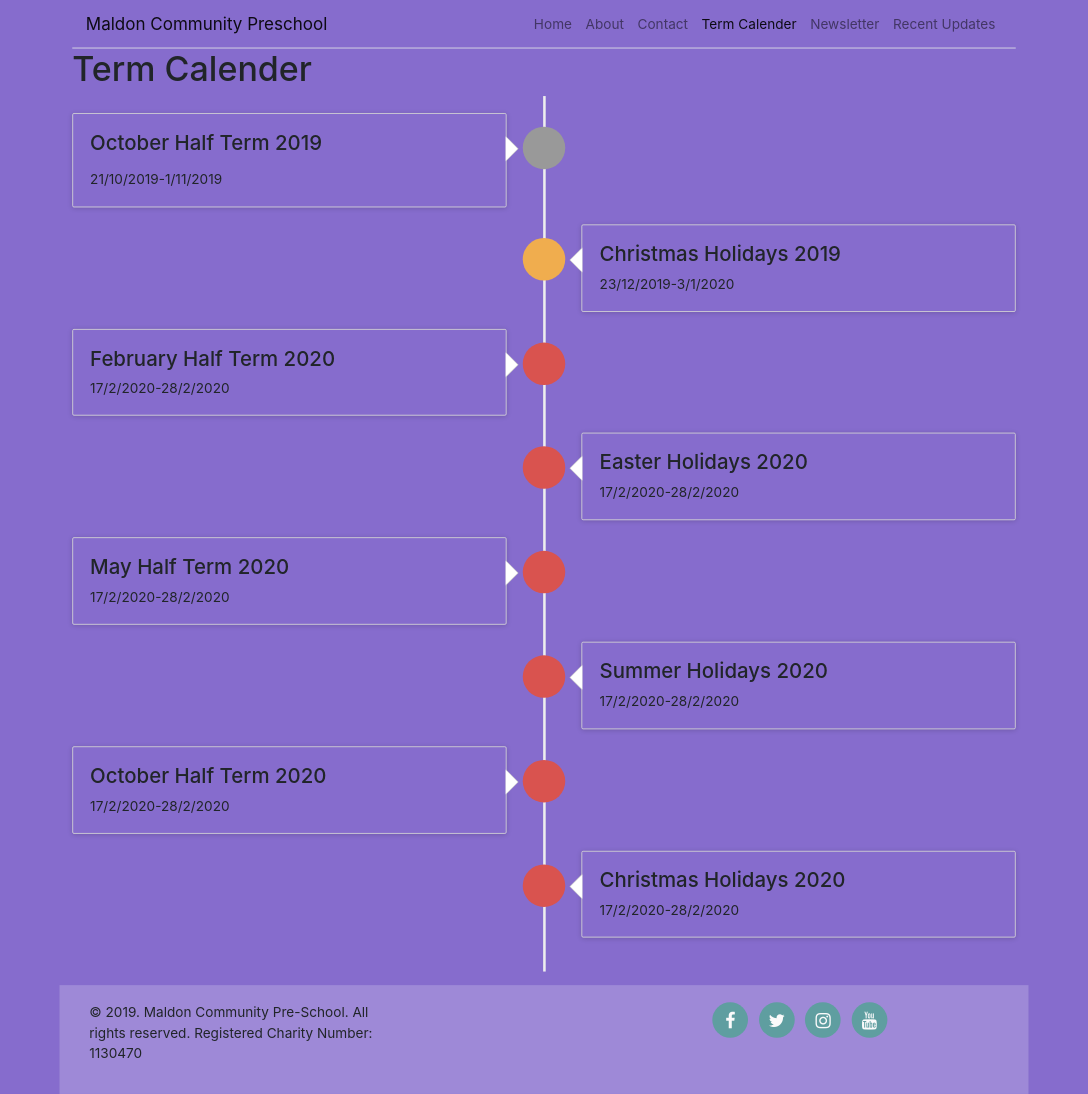
Repository: parkslee/milestone_1
Page: calender.html
The author's editor kept a record of every edit. The page is drawn from the files as they stood at one moment, then again after the next edit.
The browser window is 1280 px wide. The pictures show the whole page, at 85% of full size.
Some web libraries are served in a nearby version.

Above is the page before.

### calender.html
<!DOCTYPE html>
<html lang="en">

<head>
    <meta charset="UTF-8">
    <meta name="viewport" content="width=device-width, initial-scale=1.0">
    <meta http-equiv="X-UA-Compatible" content="ie=edge">
    <link rel="stylesheet" href="https://maxcdn.bootstrapcdn.com/bootstrap/4.2.1/css/bootstrap.min.css"
        type="text/css" />
    <link rel="stylesheet" href="https://maxcdn.bootstrapcdn.com/font-awesome/4.7.0/css/font-awesome.min.css"
        type="text/css" />
    <link rel="stylesheet" href="https://cdnjs.cloudflare.com/ajax/libs/hover.css/2.1.1/css/hover-min.css"
        type="text/css" />
    <link rel="stylesheet" href="assets\css\style.css">
    <title>Calender</title>
</head>

<body class="calender-image">

    <!-------------------------------------------------------------------------------navigation-->
    <header>

        <div class="container">
            <nav class="navbar navbar-expand-lg navbar-light bg-light border-bottom">
                <a class="navbar-brand" href="./index.html">Maldon Community Preschool</a>
                <button class="navbar-toggler" type="button" data-toggle="collapse" data-target="#navbarNav"
                    aria-controls="navbarNav" aria-expanded="false" aria-label="Toggle navigation">
                    <span class="navbar-toggler-icon"></span>
                </button>
                <div class="collapse navbar-collapse" id="navbarNav">
                    <ul class="navbar-nav text-center ml-auto">
                        <li class="nav-item">
                            <a class="nav-link" href="./index.html">Home </a>
                        </li>
                        <li class="nav-item">
                            <a class="nav-link" href="./about.html">About</a>
                        </li>
                        <li class="nav-item">
                            <a class="nav-link" href="./contact.html">Contact</a>
                        </li>
                        <li class="nav-item active">
                            <a class="nav-link" href="./calender.html">Term Calender<span
                                    class="sr-only">(current)</span></a>
                        </li>
                        <li class="nav-item">
                            <a class="nav-link" href="./newsletter.html">Newsletter</a>
                        </li>
                        <li class="nav-item">
                            <a class="nav-link" href="./updates.html">Recent Updates</a>
                        </li>
                    </ul>
                </div>
            </nav>
        </div>
    </header>

    <!-----------------------------------------------Time line---------------->
    <!-----bootstrap time line - https://bootsnipp.com/snippets/OzQj---------->
    <div class="container">
        <div class="page-header">
            <h1 id="timeline">Term Calender</h1>
        </div>
        <ul class="timeline">
            <li>
                <div class="timeline-badge"><i class="glyphicon glyphicon-check"></i></div>
                <div class="timeline-panel">
                    <div class="timeline-heading">
                        <h4 class="timeline-title">October Half Term 2019</h4>
                        <p><small class="text-muted"><i class="glyphicon glyphicon-time"></i> </small></p>
                    </div>
                    <div class="timeline-body">
                        <p>21/10/2019-1/11/2019</p>
                    </div>
                </div>
            </li>
            <li class="timeline-inverted">
                <div class="timeline-badge warning"><i class="glyphicon glyphicon-credit-card"></i></div>
                <div class="timeline-panel">
                    <div class="timeline-heading">
                        <h4 class="timeline-title">Christmas Holidays 2019</h4>
                    </div>
                    <div class="timeline-body">
                        <p>23/12/2019-3/1/2020</p>
                    </div>
                </div>
            </li>
            <li>
                <div class="timeline-badge danger"><i class="glyphicon glyphicon-credit-card"></i></div>
                <div class="timeline-panel">
                    <div class="timeline-heading">
                        <h4 class="timeline-title">February Half Term 2020</h4>
                    </div>
                    <div class="timeline-body">
                        <p>17/2/2020-28/2/2020</p>
                    </div>
                </div>
            </li>
            <li class="timeline-inverted">
                    <div class="timeline-badge danger"><i class="glyphicon glyphicon-credit-card"></i></div>
                    <div class="timeline-panel">
                        <div class="timeline-heading">
                            <h4 class="timeline-title">Easter Holidays 2020</h4>
                        </div>
                        <div class="timeline-body">
                            <p>17/2/2020-28/2/2020</p>
                        </div>
                    </div>
                </li>
                <li>
                        <div class="timeline-badge danger"><i class="glyphicon glyphicon-credit-card"></i></div>
                        <div class="timeline-panel">
                            <div class="timeline-heading">
                                <h4 class="timeline-title">May Half Term 2020</h4>
                            </div>
                            <div class="timeline-body">
                                <p>17/2/2020-28/2/2020</p>
                            </div>
                        </div>
                    </li>
                    <li class="timeline-inverted">
                            <div class="timeline-badge danger"><i class="glyphicon glyphicon-credit-card"></i></div>
                            <div class="timeline-panel">
                                <div class="timeline-heading">
                                    <h4 class="timeline-title">Summer Holidays 2020</h4>
                                </div>
                                <div class="timeline-body">
                                    <p>17/2/2020-28/2/2020</p>
                                </div>
                            </div>
                        </li>
                        <li>
                                <div class="timeline-badge danger"><i class="glyphicon glyphicon-credit-card"></i></div>
                                <div class="timeline-panel">
                                    <div class="timeline-heading">
                                        <h4 class="timeline-title">October Half Term 2020</h4>
                                    </div>
                                    <div class="timeline-body">
                                        <p>17/2/2020-28/2/2020</p>
                                    </div>
                                </div>
                            </li>
                            <li class="timeline-inverted">
                                    <div class="timeline-badge danger"><i class="glyphicon glyphicon-credit-card"></i></div>
                                    <div class="timeline-panel">
                                        <div class="timeline-heading">
                                            <h4 class="timeline-title">Christmas Holidays 2020</h4>
                                        </div>
                                        <div class="timeline-body">
                                            <p>17/2/2020-28/2/2020</p>
                                        </div>
                                    </div>
                                </li>
        </ul>
    </div>





    <!---------------------------first footer only displayed on desktop view-------------------->
    <!------https://medium.com/wdstack/bootstrap-4-hidden-visible-dd969a4c5854 tutorial for display properties bootstrap---->
    <div class="container">
            <footer class="d-none d-md-block">



                <div id="footer-details" class="row">
                    <div class="col-sm-4">
                        <p class="inline-block charity">
                            © 2019. Maldon Community Pre-School. All rights reserved.
                            Registered Charity Number: 1130470 </p>
                    </div>

                    <div class="col-sm-4 ml-auto">
                         <ul class="list-inline social-links">
                            <li class="list-inline-item">
                                <a target="_blank" href="https://facebook.com">
                                    <i class="fa fa-facebook" aria-hidden="true"></i>
                                    <span class="sr-only">Facebook</span>
                                </a>
                            </li>
                            <li class="list-inline-item">
                                <a target="_blank" href="https://twitter.com">
                                    <i class="fa fa-twitter" aria-hidden="true"></i>
                                    <span class="sr-only">Twitter</span>
                                </a>
                            </li>
                            <li class="list-inline-item">
                                <a target="_blank" href="https://instagram.com">
                                    <i class="fa fa-instagram" aria-hidden="true"></i>
                                    <span class="sr-only">Instagram</span>
                                </a>
                            </li>
                            <li class="list-inline-item">
                                <a target="_blank" href="https://youtube.com">
                                    <i class="fa fa-youtube" aria-hidden="true"></i>
                                    <span class="sr-only">YouTube</span>
                                </a>
                            </li>
                        </ul>
                    </div>
                </div>
            </footer>
        </div>



        <!----second footer for mobile view (charity number hidden as to cluttered on mobile view)  -->
        <!------https://medium.com/wdstack/bootstrap-4-hidden-visible-dd969a4c5854 tutorial for display properties bootstrap---->
        <footer class="d-md-none">
            <div id="footer-mobile">
                <ul class="list-inline social-links">
                    <li class="list-inline-item">
                        <a target="_blank" href="https://facebook.com">
                            <i class="fa fa-facebook" aria-hidden="true"></i>
                            <span class="sr-only">Facebook</span>
                        </a>
                    </li>
                    <li class="list-inline-item">
                        <a target="_blank" href="https://instagram.com">
                            <i class="fa fa-instagram" aria-hidden="true"></i>
                            <span class="sr-only">Instagram</span>
                        </a>
                    </li>
                    <li class="list-inline-item">
                        <a target="_blank" href="https://youtube.com">
                            <i class="fa fa-youtube" aria-hidden="true"></i>
                            <span class="sr-only">YouTube</span>
                        </a>
                    </li>
                </ul>
            </div>
        </footer>


    <script src="https://code.jquery.com/jquery-3.3.1.slim.min.js"
        integrity="sha384-q8i/X+965DzO0rT7abK41JStQIAqVgRVzpbzo5smXKp4YfRvH+8abtTE1Pi6jizo"
        crossorigin="anonymous"></script>
    <script src="https://cdnjs.cloudflare.com/ajax/libs/popper.js/1.14.7/umd/popper.min.js"
        integrity="sha384-UO2eT0CpHqdSJQ6hJty5KVphtPhzWj9WO1clHTMGa3JDZwrnQq4sF86dIHNDz0W1"
        crossorigin="anonymous"></script>
    <script src="https://stackpath.bootstrapcdn.com/bootstrap/4.3.1/js/bootstrap.min.js"
        integrity="sha384-JjSmVgyd0p3pXB1rRibZUAYoIIy6OrQ6VrjIEaFf/nJGzIxFDsf4x0xIM+B07jRM"
        crossorigin="anonymous"></script>
</body>

</html>

### assets/css/style.css

/*---------------------------------------------------------index.html---------------*/

.bgimage {
    background-image: url(../images/home-bg.jpg);
    background-size: cover;
    height: 100%;
    background-repeat: no-repeat;
}

.bg-light {
    background-color: rgb(255, 255, 255, 0.0) !important;
}

.jumbotron {
    margin: 5% 5%;
    box-shadow: 10px 10px rgb(95, 158, 160, 0.5);
    background-color: rgb(255, 240, 245, 0.8);
}



.btn-primary {
    color: #fafafa;
    background-color: #866ecd;
    border-color: #866ccd;
}

.newsletter {
    background-color:#fafafa;
    position: relative;
    color: #423e3e;
    margin-bottom: 20px;

    padding: 50px;
    border-radius: 5%;

}
.newsletter h1{
   padding-top: 5px;
    text-align: center;
}

.updates-index {
    background-color: rgb(95, 158, 160);
    color:#423e3e;
    margin-bottom: 20px;
    border-radius: 5%;
    padding: 50px;
}

.updates-index h1{
    text-align: center;
}


/*-------------------------------------------------------footer------------*/

.social-links {
    padding-bottom: 0px;
}

.social-links li a i {
    width: 42px;
    height: 42px;
    padding: 12px 0;
    border-radius: 50%;
    font-size: 21px;
    line-height: 19px;
    text-align: center;
    color: #fafafa;
    background: cadetblue;
    transition: all 0.35s ease-in-out;
    -moz-transition: all 0.35s ease-in-out;
    -webkit-transition: all 0.35s ease-in-out;
    -o-transition: all 0.35s ease-in-out;
}

.social-links li a i:hover {
    background: #dc3545;
}

#footer-details {
    padding: 20px;
    background-color: rgb(255, 255, 255, 0.2);
    position: relative;
    left: 0;
    bottom: 0;
}

#footer-mobile {
    padding: 20px;
    background-color: rgb(255, 255, 255, 0.0);
    width: 100%;
    text-align: center;
}

/*---------------------------------------------------------------contact page--------------------*/

.contact-image {
    background-image: url(../images/contact-bg.jpg);
    background-size: cover;
    height: 100%;
    background-repeat: no-repeat;
}

form{
    margin: 20px;
}

.form-control{
    background-color: rgb(255, 240, 245,0.8);
}

.contact-btn{
    background-color: cadetblue;
    border-color: cadetblue;
}

/*------------------------------------------------------------------------- About--------------*/
.about-image{
    background-image: url(../images/about-bg.jpg);
    background-size: cover;
    height: 100vh;
    background-repeat: no-repeat;
    background-position: 55%;

}

.about-content{
    text-align: center;

}

/*-------------------------------------------------------------------------calender---------------*/
.calender-image{
    background-color: #866ccd;
}

/*------------------------------------------time line--------------------*/
/*-------bootstrap time line - https://bootsnipp.com/snippets/OzQj-------*/

.timeline {
    list-style: none;
    padding: 20px 0 20px;
    position: relative;
}

    .timeline:before {
        top: 0;
        bottom: 0;
        position: absolute;
        content: " ";
        width: 3px;
        background-color: #eeeeee;
        left: 50%;
        margin-left: -1.5px;
    }

    .timeline > li {
        margin-bottom: 20px;
        position: relative;
    }

        .timeline > li:before,
        .timeline > li:after {
            content: " ";
            display: table;
        }

        .timeline > li:after {
            clear: both;
        }

        .timeline > li:before,
        .timeline > li:after {
            content: " ";
            display: table;
        }

        .timeline > li:after {
            clear: both;
        }

        .timeline > li > .timeline-panel {
            width: 46%;
            float: left;
            border: 1px solid #d4d4d4;
            border-radius: 2px;
            padding: 20px;
            position: relative;
            -webkit-box-shadow: 0 1px 6px rgba(0, 0, 0, 0.175);
            box-shadow: 0 1px 6px rgba(0, 0, 0, 0.175);
        }

            .timeline > li > .timeline-panel:before {
                position: absolute;
                top: 26px;
                right: -15px;
                display: inline-block;
                border-top: 15px solid transparent;
                border-left: 15px solid #ccc;
                border-right: 0 solid #ccc;
                border-bottom: 15px solid transparent;
                content: " ";
            }

            .timeline > li > .timeline-panel:after {
                position: absolute;
                top: 27px;
                right: -14px;
                display: inline-block;
                border-top: 14px solid transparent;
                border-left: 14px solid #fff;
                border-right: 0 solid #fff;
                border-bottom: 14px solid transparent;
                content: " ";
            }

        .timeline > li > .timeline-badge {
            color: #fff;
            width: 50px;
            height: 50px;
            line-height: 50px;
            font-size: 1.4em;
            text-align: center;
            position: absolute;
            top: 16px;
            left: 50%;
            margin-left: -25px;
            background-color: #999999;
            z-index: 100;
            border-top-right-radius: 50%;
            border-top-left-radius: 50%;
            border-bottom-right-radius: 50%;
            border-bottom-left-radius: 50%;
        }

        .timeline > li.timeline-inverted > .timeline-panel {
            float: right;
        }

            .timeline > li.timeline-inverted > .timeline-panel:before {
                border-left-width: 0;
                border-right-width: 15px;
                left: -15px;
                right: auto;
            }

            .timeline > li.timeline-inverted > .timeline-panel:after {
                border-left-width: 0;
                border-right-width: 14px;
                left: -14px;
                right: auto;
            }

.timeline-badge.primary {
    background-color: #2e6da4 !important;
}

.timeline-badge.success {
    background-color: #3f903f !important;
}

.timeline-badge.warning {
    background-color: #f0ad4e !important;
}

.timeline-badge.danger {
    background-color: #d9534f !important;
}

.timeline-badge.info {
    background-color: #5bc0de !important;
}

.timeline-title {
    margin-top: 0;
    color: inherit;
}

.timeline-body > p,
.timeline-body > ul {
    margin-bottom: 0;
}

    .timeline-body > p + p {
        margin-top: 5px;
    }

@media (max-width: 767px) {
    ul.timeline:before {
        left: 40px;
    }

    ul.timeline > li > .timeline-panel {
        width: calc(100% - 90px);
        width: -moz-calc(100% - 90px);
        width: -webkit-calc(100% - 90px);
    }

    ul.timeline > li > .timeline-badge {
        left: 15px;
        margin-left: 0;
        top: 16px;
    }

    ul.timeline > li > .timeline-panel {
        float: right;
    }

        ul.timeline > li > .timeline-panel:before {
            border-left-width: 0;
            border-right-width: 15px;
            left: -15px;
            right: auto;
        }

        ul.timeline > li > .timeline-panel:after {
            border-left-width: 0;
            border-right-width: 14px;
            left: -14px;
            right: auto;
        }
}

/*----------------------------------------------------------------newsletter.html-------------*/
.newsletter-image{
    background-image: url(../images/newsletter-bg.jpg);
    background-size: cover;
    height: 100%;
    background-repeat: no-repeat;
    background-position: 75%;
}



.newsletter-content{
    color:#fafafa;
}

.newsletter-content h1{
    text-align: center;
}


/*------------------------------------------------------------------updates.html-----------*/
.updates-image{
    background-image: url(../images/crayon-bg.jpg);
    background-size: cover;
    height: 100%;
    background-repeat: no-repeat;
    background-position: 50%;
}

.updates{
    color: #fafafa;
    background-color: black;
}



/*------------------------------------------------------------------------- media----------*/

@media only screen and (min-width: 768px) {


    .footer-details {
        position: absolute;
    }

    /*---contact page----*/
    form{
        margin: 50px;
    }

    .contact-image {
        height: 100%;

    }

}

After the next edit:
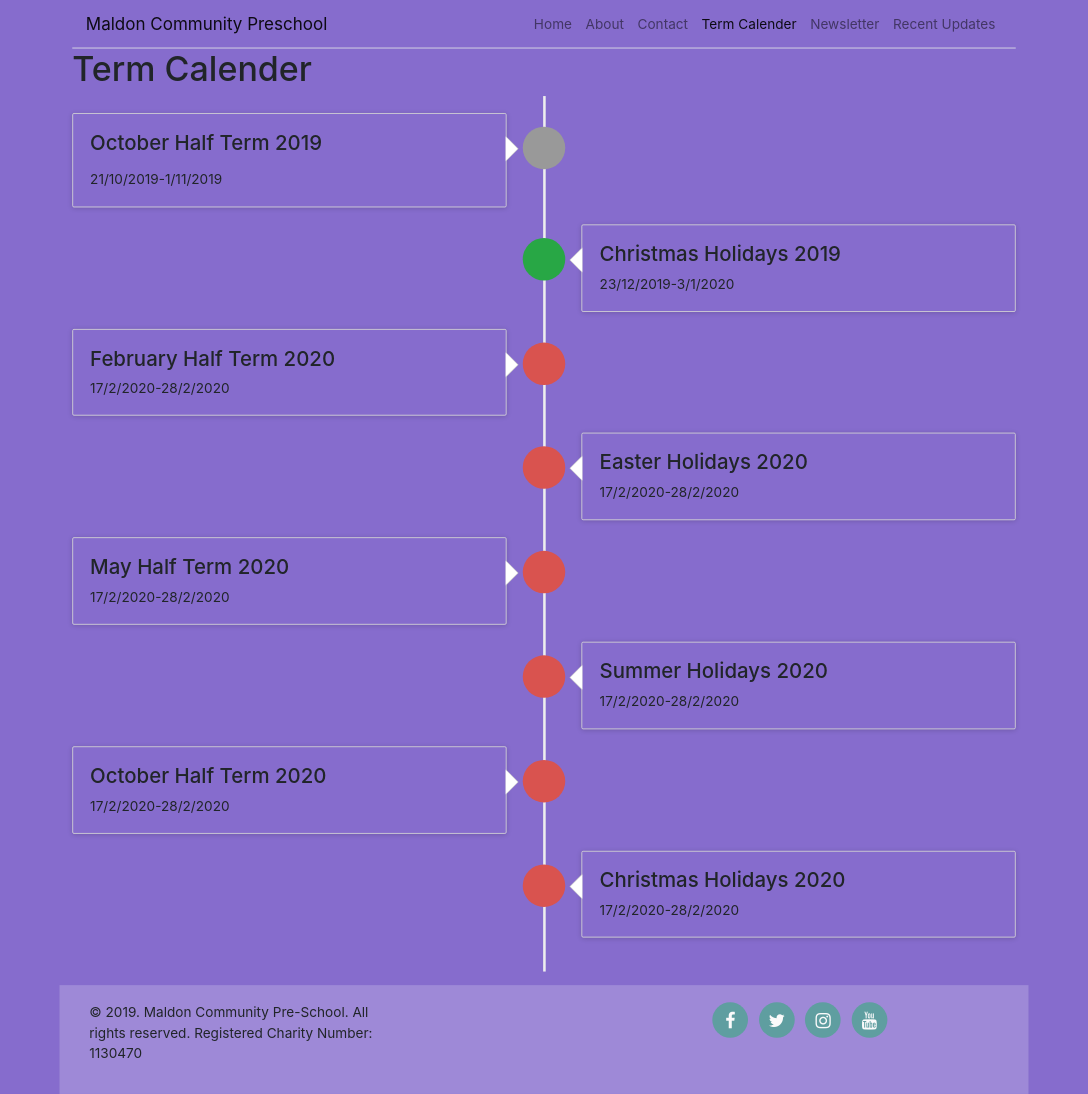
The edit:
--- a/assets/css/style.css
+++ b/assets/css/style.css
@@ -263,7 +263,7 @@
 }
 
 .timeline-badge.warning {
-    background-color: #f0ad4e !important;
+    background-color: #28a745 !important;
 }
 
 .timeline-badge.danger {
